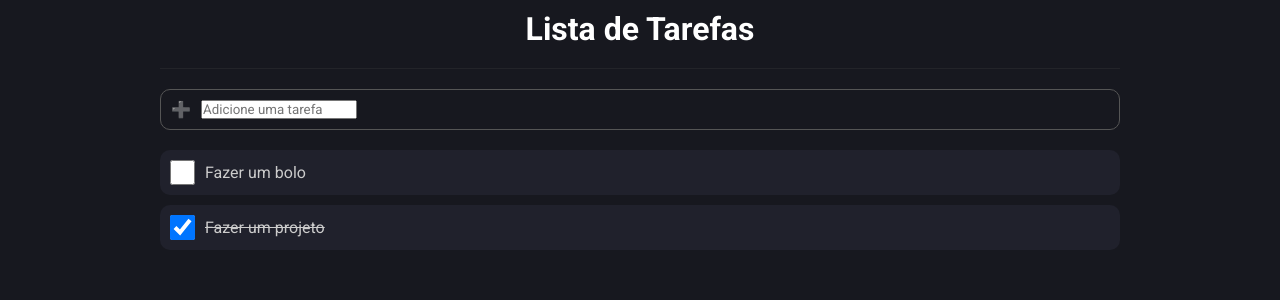
Repository: guilhermecardoso93/todolist-app
Page: /
An editor plug-in stored every save of this project. The page is shown before and after the next save, followed by the edit.
The browser window is 1280 px wide. The pictures show the whole page.
The project was rebuilt for these pictures with package versions that can differ from the ones it lists, and the page was loaded fresh each time. Also part of the build but not shown: vite.config.ts.

Above is the page before, as saved 2022-11-12 22:42:53.

After the next save:
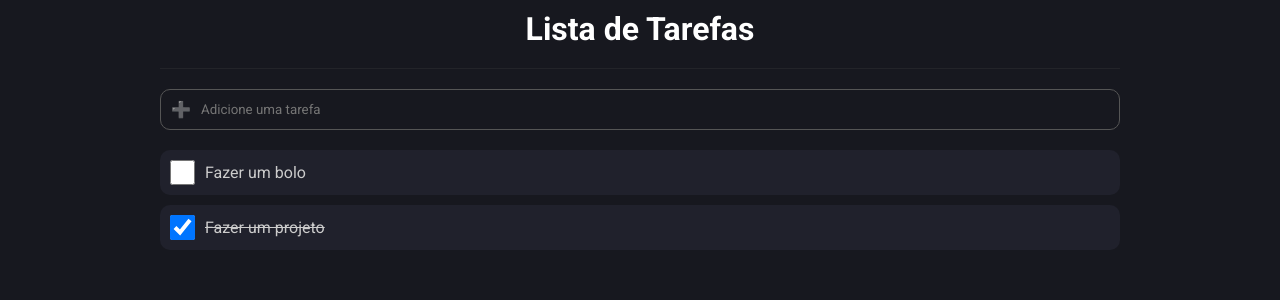
Saved 20 s later.
--- a/src/components/AddTask/AddTask.styles.ts
+++ b/src/components/AddTask/AddTask.styles.ts
@@ -13,4 +13,9 @@ export const Container = styled.div`
   .image {
     margin-right: 10px;
   }
+
+  input {
+    border: none;
+    background: none;
+  }
 `;
